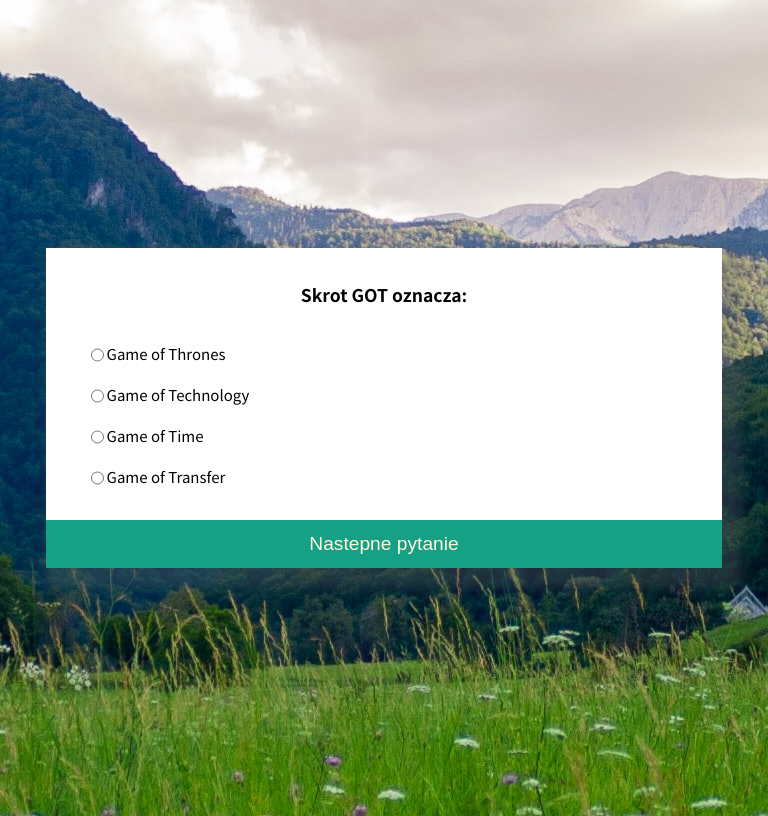
Repository: SebastianArmata22/Quiz
Page: index.html
An editor plug-in stored every save of this project. The page is shown before and after the next save, followed by the edit.
The browser window is 768 px wide. The pictures show the whole page.

Above is the page before, as saved 2020-11-12 20:44:16.

### index.html
<!DOCTYPE html>
<html>
    <head>
        <meta charset="utf-8">
        <meta http-equiv="X-UA-Compatible" content="IE=edge">
        <title>Quiz</title>
        <meta name="description" content="">
        <meta name="viewport" content="width=device-width, initial-scale=1">
        <link rel="stylesheet" href="style.css">
    </head>
    <body>
        <div class="quiz-container">
            <h3 id='question'>
                Pytanie
            </h3>
            <form>
            <ul>
                <li class="answer">
                    <input type="radio" name="answ" value="a">
                    <label id="a">ODP</label>
                </li>
                <li class="answer">
                    <input type="radio" name="answ" value="b">
                    <label id="b">ODP</label>
                </li>
                <li class="answer">
                    <input type="radio" name="answ" value="c">
                    <label id="c">ODP</label>
                </li>
                <li class="answer">
                    <input type="radio" name="answ" value="d">
                    <label id="d">ODP</label>
                </li>

            </ul>
        </form>
            <button id="next" onclick="next()">Nastepne pytanie</button>
        </div>
        <script src="script.js" async defer></script>
    </body>
</html>

### style.css

 @import url('https://fonts.googleapis.com/css2?family=Noto+Sans+JP:wght@100&display=swap');
   body{
    display: flex;
    background-color: white;
    justify-content: center;
    align-items: center;
    min-height: 100vh;
    background-image: url('./photos/photo2.jpg');
    background-position: center;
    background-size: 100% 100%;
    font-family: 'Noto Sans JP', sans-serif;
    font-size: 15px;
}

.quiz-container{
    width: 40%;
    margin: auto;
    background-color: white;;
    min-height: 20rem;
    position: relative;
    box-shadow: 10px 10px 10px 10px rgba(100, 100, 100, 0.3);
}

h3{
    padding: 1rem;
    text-align: center;
}

ul li{
    list-style: none;
    margin: 20px 0;
}

button{
    width: 100%;
    position: absolute;
    bottom: 0em;
    height: 3rem;
    font-size: 1.2rem;
    background-color: #16a085;
    color: cornsilk;
    border-style: none;
}

button:hover{
    background-color:  #1abc9c;
}
@media only screen and (max-width:900px) {
    .quiz-container{
        width: 90%;
    }
    .quiz-container ul li{
        display: flex;
        flex-wrap: wrap;
    }
    body{
        background-size: auto;
    }
}

### script.js
const questionsBase=[
    {
        qusestion: "Skrot GOT oznacza:",
        a: "Game of Thrones",
        b: "Game of Technology",
        c: "Game of Time",
        d: "Game of Transfer",
        correct: "a"
    },
    {
        qusestion: "W role Denerys Targeryan wcielila sie:",
        a: "Margot Robbie",
        b: "Sophie Turner",
        c: "Emilia Clarke",
        d: "Lena Headey",
        correct: "c"
    },
    {
        qusestion: "W role Denerys Targeryan wcielila sie:",
        a: "Margot Robbie",
        b: "Sophie Turner",
        c: "Emilia Clarke",
        d: "Lena Headey",
        correct: "a"
    }
];

const qusestion= document.getElementById('question');
const answearA= document.getElementById('a');
const answearB= document.getElementById('b');
const answearC= document.getElementById('c');
const answearD= document.getElementById('d');
let counter=0;
let current;
let score=0;
const sizeBase=questionsBase.length;

function getQuiz(){
    current = questionsBase[counter];
    qusestion.innerHTML=current.qusestion;
    answearA.innerHTML=current.a;
    answearB.innerHTML=current.b;
    answearC.innerHTML=current.c;
    answearD.innerHTML=current.d;

}
getQuiz();

function next(){
    if(questionsBase.length!=counter+1)
    {
        const elements= document.getElementsByName('answ');
        for(i=0;i<elements.length;i++){
            if(elements[i].checked){
                if(elements[i].value==current.correct){
                    score++;
                }
            }
        }
        counter++;
        getQuiz();
    }
    else{
        alert("Uzyskałeś "+score+"/"+questionsBase.length+" punktów");
    }

}

After the next save:
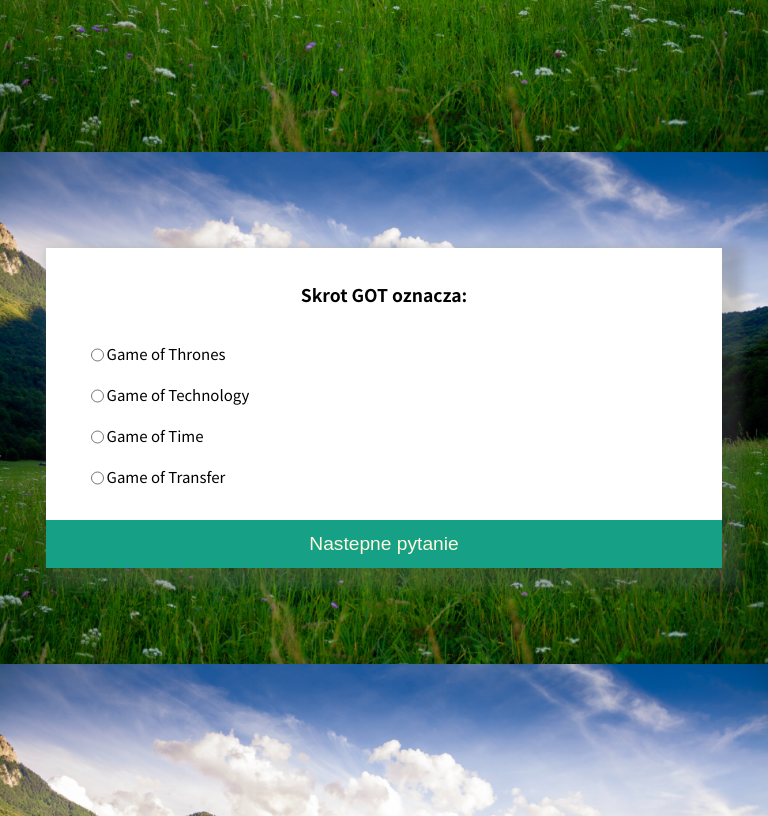
Saved 25 s later.
--- a/style.css
+++ b/style.css
@@ -55,6 +55,6 @@
         flex-wrap: wrap;
     }
     body{
-        background-size: auto;
+        background-size: 100% auto;
     }
 }
